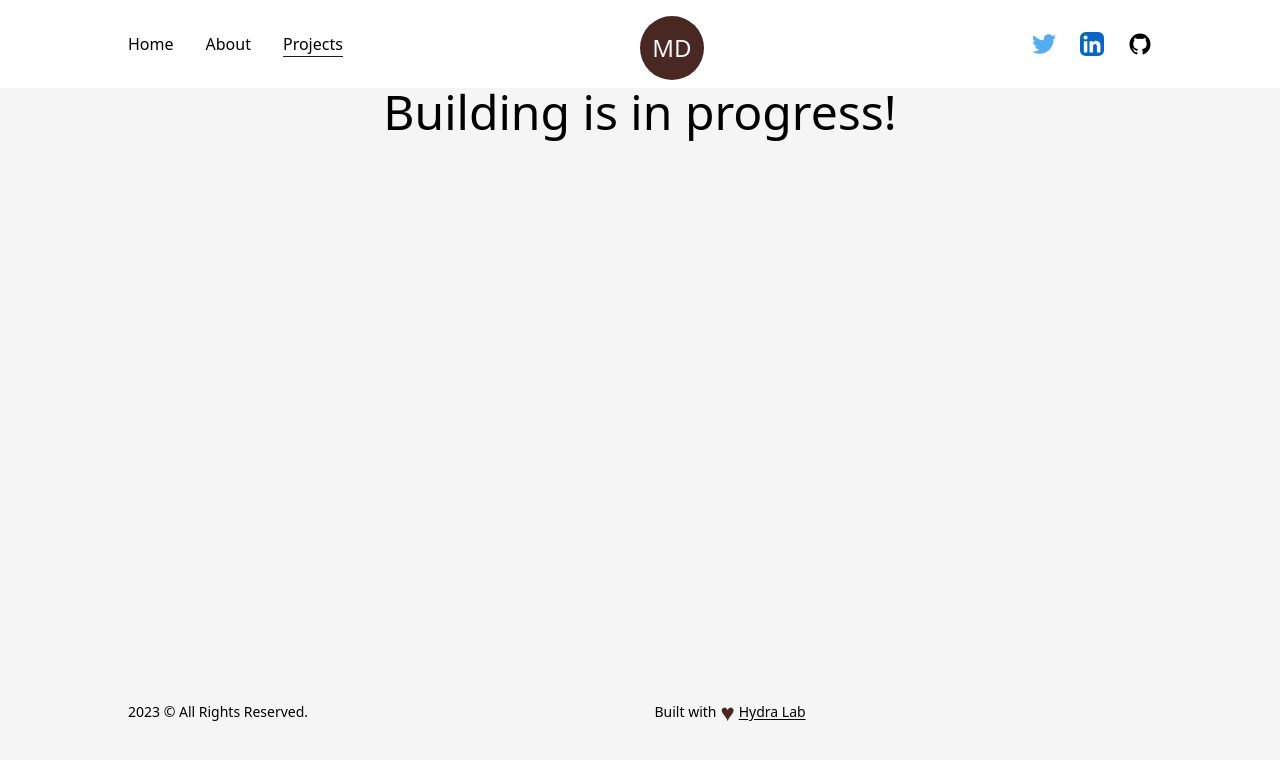
Repository: marcusdashe/situs
Page: /projects
The author's editor kept a copy of each file at every save. The page is drawn from the files as they stood at one save, then again after the next save.
The browser window is 1280 px wide. The pictures show the whole page.
The project was rebuilt for these pictures with package versions that can differ from the ones it lists, and the page was loaded fresh each time. The framework's server and built-in components were replaced by stand-ins that run in the browser.

Above is the page before, as saved 2023-07-23 14:28:51.

After the next save:
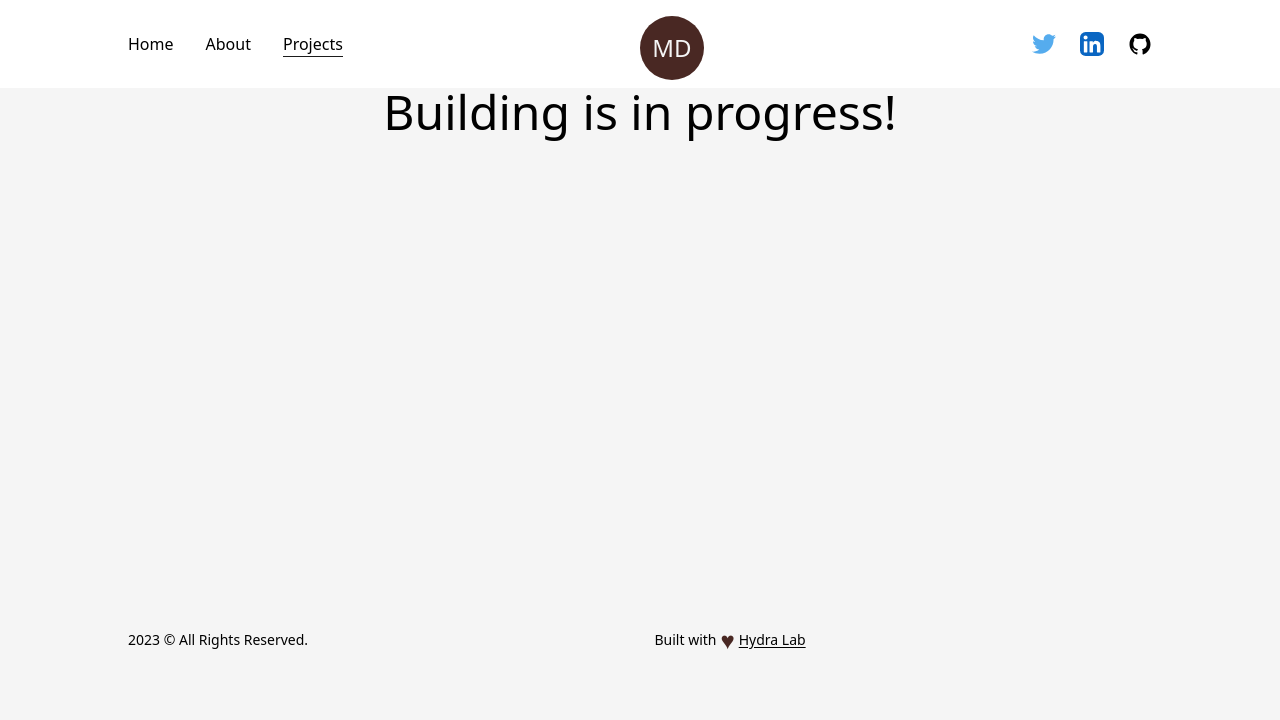
Saved 11 s later.
--- a/src/pages/projects.js
+++ b/src/pages/projects.js
@@ -2,7 +2,7 @@ import React from "react";
 
 const projects = () => {
   return (
-    <div className="text-5xl w-full text-center h-[80vh]">
+    <div className="text-5xl w-full text-center h-[70vh]">
       Building is in progress!
     </div>
   );
